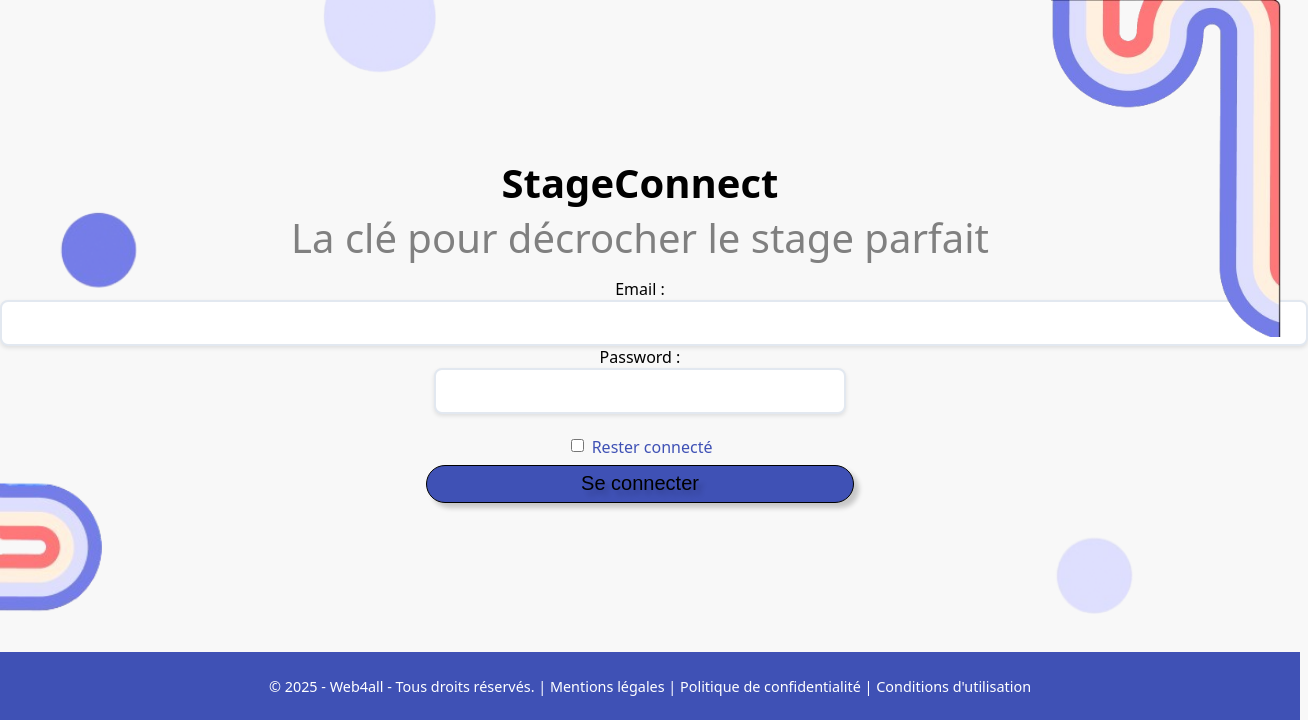
Repository: Guyllem/GroupeWeb
Page: pages/connexion.html
These files come from the project's save history. The page is drawn as it stood at one moment and after the next save; the edit follows.
The browser window is 1280 px wide. The page is 1308 px wide, then 1281 px, so the pictures cover 1308 px, including what lies to the right of the window. The pictures show the whole page.

Above is the page before, as saved 2025-02-13 18:34:14.

### pages/connexion.html
<!DOCTYPE html>
<html lang="fr">
  <head>
    <meta charset="UTF-8" />
    <meta name="viewport" content="width=device-width, initial-scale=1.0" />
    <title>Page Connexion</title>
    <link rel="stylesheet" href="../styles.css" />
  </head>
  <body>
    <header>
      <img class="bulle1" src="../img/bulle1.png" alt="bulle1">
      <img class="arc-en-ciel" src="../img/arc en ciel.png" alt="arc en ciel">
      <h1 class="titre">StageConnect</h1>
      <img class="bulle2" src="../img/bulle2.png" alt="bulle2">
      <p class="slogan">La clé pour décrocher le stage parfait</p>
    </header>
    <main>
        <form>
            <div class="email-form">
                <label for="password">Email :</label><br/>
                <input type="password" id="password">
            </div>
            <div class="password-form">
                <label for="password">Password :</label><br/>
                <input type="password" id="password">
            </div>
            <div class="checkbox-group">
                <input type="checkbox" id="better-connect">
                <label class="stay-connect" for="stay-connect">Rester connecté</label>
            </div>
            <button type="submit" class="submit-btn">Se connecter</button>
        </form>
      <img src="../img/arc en ciel2.png" alt="arc-en-ciel2" class="arc-en-ciel2">
      <img src="../img/bulle3.png" alt="bulle3" class="bulle3">
    </main>
    <footer>
      <p>
        © 2025 - Web4all - Tous droits réservés. |
        <a href="#">Mentions légales</a> |
        <a href="#">Politique de confidentialité</a> |
        <a href="#">Conditions d'utilisation</a>
      </p>
    </footer>
  </body>
</html>

### styles.css
body {
    font-family: system-ui, -apple-system, BlinkMacSystemFont, 'Segoe UI', Roboto, Oxygen, Ubuntu, Cantarell, 'Open Sans', 'Helvetica Neue', sans-serif;
    text-align: center;
    background: #f8f8f8;
    margin: 0;
    padding: 0;
    position: relative;
    overflow: hidden;
}

.titre {
    font-size: 2.5em;
    margin-top: 5%;
    margin-bottom: 0;
}

.slogan {
    color: gray;
    font-size: 2.5em;
    margin-bottom: 1%;
    margin-top: 0;
}

.btn-connexion {
    display: inline-block;
    padding: 0.75rem 10.63rem;
    background-color: #dedeff;
    color: black;
    text-decoration: none;
    border-radius: 0.75rem;
    border: 0.063rem solid #000;
    box-shadow: 0.313rem 0.313rem 0.313rem rgba(0, 0, 0, 0.2);
    font-size: 1.25em;
    text-shadow: 0.313rem 0.313rem 0.313rem rgba(0, 0, 0, 0.2);
    transition: all 0.3s ease;
}

.btn-connexion:hover {
    background-color: #b3b3ff;
    transform: scale(1.05);
    box-shadow: 0.5rem 0.5rem 0.5rem rgba(0, 0, 0, 0.3);
}

footer {
    background-color: #3F51B5;
    color: white;
    font-size: 0.9em;
    padding: 0.625rem;
    position: fixed;
    bottom: 0;
    width: 100%;
}

footer a {
    color: white;
    text-decoration: none;
}

.arc-en-ciel{
    position: absolute;
    right: -0.1%;
    top: 0;
    width: 18%;
    height: auto;
    margin: 0;
    padding: 0;
}


.bulle1{
    position:relative;
    margin: 0;
    padding: 0;
    width: 11%;
    height: auto;
    right: 20%;
}

.bulle2{
    position:absolute;
    margin: 0;
    padding: 0;
    width: 8%;
    right: 88%;
    top: 40%;
}

.bulle3{
    position:absolute;
    margin: 0;
    padding: 0;
    width: 9%;
    right: 10%;
    top: 105%;
}

.arc-en-ciel2{
    position:absolute;
    margin: 0;
    padding: 0;
    width: 9%;
    left: 0;
    top: 95%;
}

.submit-btn{
    display: inline-block;
    padding: 0.40rem 9.63rem;
    background-color: #3F51B5;
    color: black;
    text-decoration: none;
    border-radius: 1.5rem;
    border: 0.063rem solid #000;
    box-shadow: 0.313rem 0.313rem 0.313rem rgba(0, 0, 0, 0.2);
    font-size: 1.25em;
    text-shadow: 0.313rem 0.313rem 0.313rem rgba(0, 0, 0, 0.2);
    transition: all 0.3s ease;
}

.stay-connect{
    color:#3F51B5;
}

#better-connect{
    accent-color: #3F51B5;
    margin-top: 2%;
    margin-bottom: 1%;
}

.email-form input{
    width: 100%; /* Largeur maximale */
    padding: 12px; /* Espacement intérieur */
    border: 2px solid #e2e8f0; /* Bordure grise */
    border-radius: 8px; /* Coins arrondis */
    font-size: 1rem; /* Taille de la police */
    color: #2d3748; /* Couleur du texte */
    background-color: #ffffff; /* Fond blanc */
    transition: all 0.3s ease; /* Transition fluide */
    box-shadow: 0 2px 4px rgba(0, 0, 0, 0.1);
}

.password-form input{
    width: 30%; /* Largeur maximale */
    padding: 12px; /* Espacement intérieur */
    border: 2px solid #e2e8f0; /* Bordure grise */
    border-radius: 8px; /* Coins arrondis */
    font-size: 1rem; /* Taille de la police */
    color: #2d3748; /* Couleur du texte */
    background-color: #ffffff; /* Fond blanc */
    transition: all 0.3s ease; /* Transition fluide */
    box-shadow: 0 2px 4px rgba(0, 0, 0, 0.1);
}

After the next save:
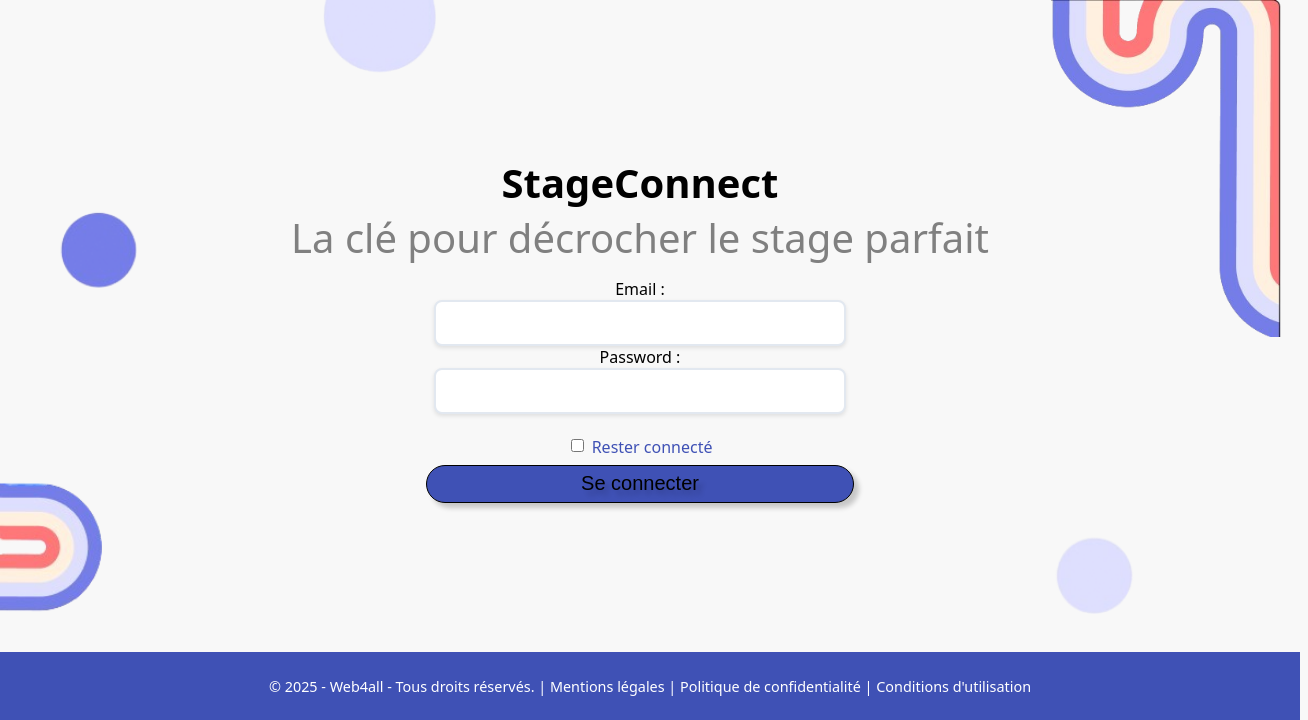
Saved 6 s later.
--- a/styles.css
+++ b/styles.css
@@ -128,7 +128,7 @@ footer a {
 }
 
 .email-form input{
-    width: 100%; /* Largeur maximale */
+    width: 30%; /* Largeur maximale */
     padding: 12px; /* Espacement intérieur */
     border: 2px solid #e2e8f0; /* Bordure grise */
     border-radius: 8px; /* Coins arrondis */
